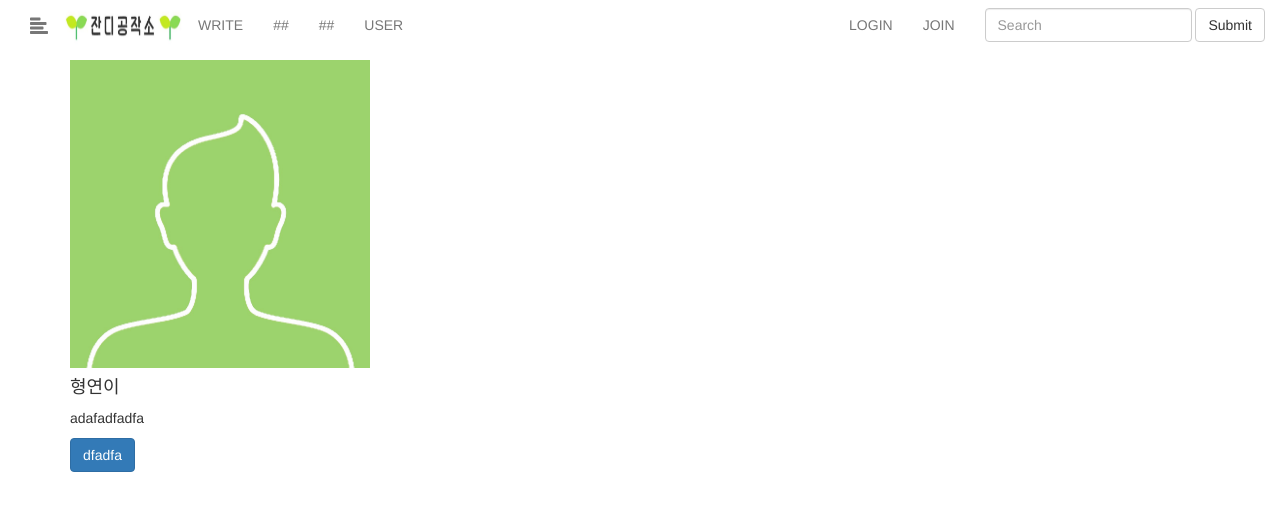
Repository: guddus326/Grass_Farm
Page: http://localhost/Grass_Farm/USer2.jsp
The author's editor kept a copy of each file at every save. The page is drawn from the files as they stood at one save, then again after the next save.
The browser window is 1280 px wide. The pictures show the whole page.
The page is served by Tomcat 9. Other server files are loaded and not shown.

Above is the page before, as saved 2020-11-09 02:27:43.
Console error: TypeError: Cannot set properties of null (setting 'onclick')

### Grass_Farm/Grass_Farm/WebContent/USer2.jsp
<%@ page language="java" contentType="text/html; charset=UTF-8"
	pageEncoding="UTF-8"%>
<%@ page import="bbs.BbsDAO" %>
<%@ page import="bbs.Bbs" %>
<%@ page import="java.io.PrintWriter" %>
<%@ page import="java.util.ArrayList" %>
<!DOCTYPE html>
<html>
    <head>
        <meta
        http-equiv="Content-Type" content="text/html; charset=UTF-8">
        <!-- 뷰포트 -->
        <meta
        name="viewport" content="width=device-width" initial-scale="1">
        <!-- 스타일시트 참조  -->

       <link rel="stylesheet" href="https://maxcdn.bootstrapcdn.com/bootstrap/3.4.0/css/bootstrap.min.css">
        <title>Main</title>
        <style>
        body { padding-top: 30px; }
      	.navbar-fixed-top{
      		background-color: white;
      	}
        .page-header{
            font-family: 'Playfair Display', serif;
            text-align: left;
        }
        h1{
        	font-family: 'ImcreSoojin';
        }
        @font-face {
            font-family: 'ImcreSoojin';
            src: url('https://cdn.jsdelivr.net/gh/projectnoonnu/noonfonts_20-04@2.3/ImcreSoojin.woff') format('woff');
            font-weight: normal;
            font-style: normal;
        }
		</style>


    </head>
    <body>
    <%
	String userID=null;
	if(session.getAttribute("userID")!=null){
		userID=(String)session.getAttribute("userID");
	}
    %>
    <nav class="navbar-fixed-top navbar-default">
    	<div class="container-fluid">
    		<div class="navbar-header">
            	<a class="navbar-brand" href="#">
                	<span class="glyphicon glyphicon-align-left" aria-hidden="true"></span>
                </a>
             </div>
			<div class="navbar-header">
            	<a href="Index.jsp"><img alt="Brand" width=120px; height=40px;" style="margin-top: 8px;" src="./img/logo.JPG"></a>
			</div>
          	<div class="collapse navbar-collapse" id="bs-example-navbar-collapse-1">
      			<ul class="nav navbar-nav">
              		<li><a href="Write.jsp">WRITE</a></li>
              		<li><a href="#">##</a></li>
              		<li><a href="#">##</a></li>
              		<li><a href="User.jsp">USER</a></li>
            	</ul>
          <form class="navbar-form navbar-right" role="search" action="Search.jsp">
          	<div class="form-group">
          		<input type="text" class="form-control" placeholder="Search" name="userName">
        	</div>
        	<button type="submit" class="btn btn-default">Submit</button>
      	  </form>

            <%
            	if(userID==null){
            %>
            <ul class="nav navbar-nav navbar-right">
              <li><a href="Login.jsp">LOGIN</a></li>
              <li><a href="Join.jsp">JOIN</a></li>
            </ul>
            <%
            	}else{
            %>
            <ul class="nav navbar-nav navbar-right">
              <li><a href="LogoutAction.jsp">LOGOUT</a></li>
            </ul>
            <%
            	}
            %>
          </div><!-- /.navbar-collapse -->
        </div><!-- /.container-fluid -->
    </nav>

    <!-- 			<div class="col-md-3">
        			<div class="card">
  							<img src="./img/grass.png" id="img_click" style="cursor:pointer;" class="card-img-top" alt="Profile">
  							<div class="card-body">
    							<h5 class="card-title">aaaaaaaaaaa</h5>
								<ul class="list-unstyled">
									<li class="media my-4">
    									<span class="far fa-building"></span>
      										<p class="mt-0 mb-1">&nbsp;&nbsp;aaaaaaa</p>
  									</li>
  									<li class="media my-4">
  										<span class="far fa-envelope"></span>
      									<p class="mt-0 mb-1">&nbsp;&nbsp;aaaaaaa</p>
  									</li>
								</ul>
								<a href="Change.jsp" class="btn btn-success">수정하기</a>
  							</div>
  						</div>
  					</div> -->
  					<!-- <div class="row">
  						<div class="col-sm-6 col-md-4">
   						 <div class="thumbnail">
      						<img src="..." alt="...">
     							 <div class="caption">
       								 <h3>Thumbnail label</h3>
        									<p>...</p>
       										 <p><a href="#" class="btn btn-primary" role="button">Button</a> <a href="#" class="btn btn-default" role="button">Button</a></p>
      						</div>
    						</div>
  						</div>
					</div> -->

<!--  	<div style="margin-left:auto;margin-right:auto;">
        <div class="col-lg-6" style="padding-top: 50px;">
              <div class="form">
                <img src="./img/grass.png" width=250px; height=auto; id="img_click" style="cursor:pointer;" alt="Profile">
                 <h5 class="card-title">aaaaaaaaaaa</h5>



              </div>
          </div>
        </div>

        <div class="col-lg-5" style="padding-top: 210px;padding-bottom: 100px">
          <img width="100%";height="auto"; src="./img/로그인.png">
        </div>
      </div>
  			 -->
  			 <div class="container">

  			 	<div class="card" style="width:300px;margin-top:30px;">
  			 	<image class="card-img-top" src="./img/grass.png" style="width:100%">
   			 		<div class="card-body">
  			 			<h4 class="card-title">형연이</h4>
  			 			<p class="card-text">adafadfadfa</p>
  			 			<a href="#" class="btn btn-primary">dfadfa</a>
  			 		</div>

  			 </div>

  			 				<!-- Modal -->
  							<div class="modal" id="myModal" tabindex="-1">
  								<div class="modal-dialog">
    								<div class="modal-content">
    					    			<div class="modal-header">
        									<button type="button" class="close" data-dismiss="modal" aria-label="Close">
          										<span aria-hidden="true">&times;</span>
        									</button>
      									</div>
      									<div class="modal-body">
  											<p>
  												<a href="#" class="tooltip-test" title="Tooltip">프로필 사진 수정</a><br>
  												<a href="#" class="tooltip-test" title="Tooltip">기본 이미지로 변경</a>
  											</p>
										</div>
    								</div>
    							</div>
    						</div>

								<!-- The Modal -->
  							  <script type="text/javascript">
  								var modal = document.getElementById('myModal');

    							// Get the button that opens the modal
    							var btn = document.getElementById("img_click");

   								// Get the <span> element that closes the modal
    							var span = document.getElementsByClassName("close")[0];

    							// When the user clicks on the button, open the modal
    							btn.onclick = function() {
    							    modal.style.display = "block";
    							}

    							// When the user clicks on <span> (x), close the modal
    							span.onclick = function() {
        							modal.style.display = "none";
    							}

    							// When the user clicks anywhere outside of the modal, close it
    							window.onclick = function(event) {
        							if (event.target == modal) {
            							modal.style.display = "none";
        							}
    							}
    							</script>


</body>
</html>

After the next save:
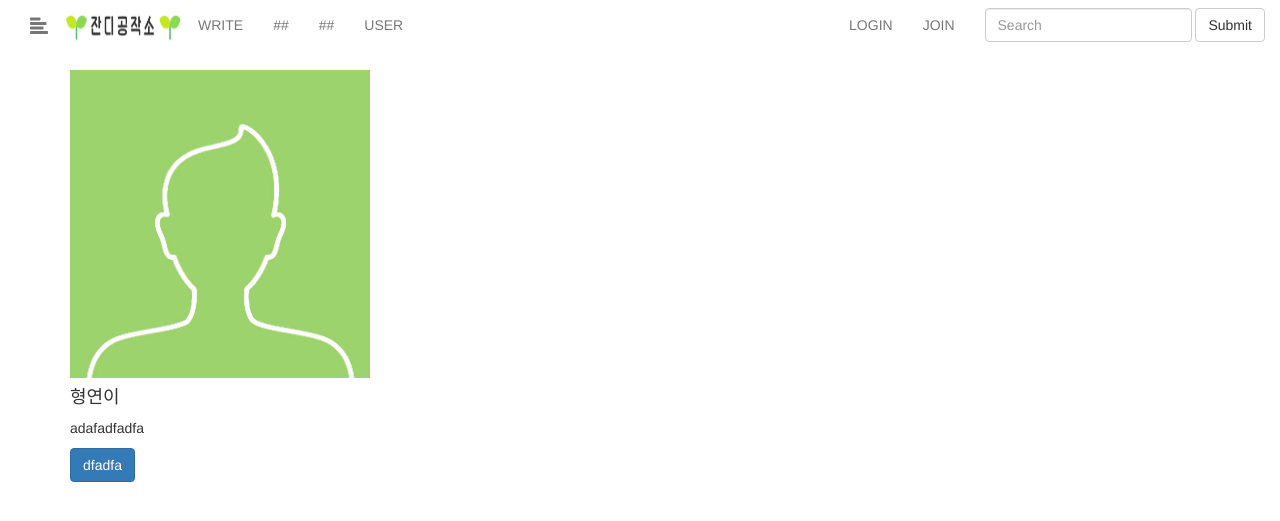
Saved 16 s later.
--- a/Grass_Farm/Grass_Farm/WebContent/USer2.jsp
+++ b/Grass_Farm/Grass_Farm/WebContent/USer2.jsp
@@ -140,7 +140,7 @@
   			 -->
   			 <div class="container">
 
-  			 	<div class="card" style="width:300px;margin-top:30px;">
+  			 	<div class="card" style="width:300px;margin-top:40px;">
   			 	<image class="card-img-top" src="./img/grass.png" style="width:100%">
    			 		<div class="card-body">
   			 			<h4 class="card-title">형연이</h4>
